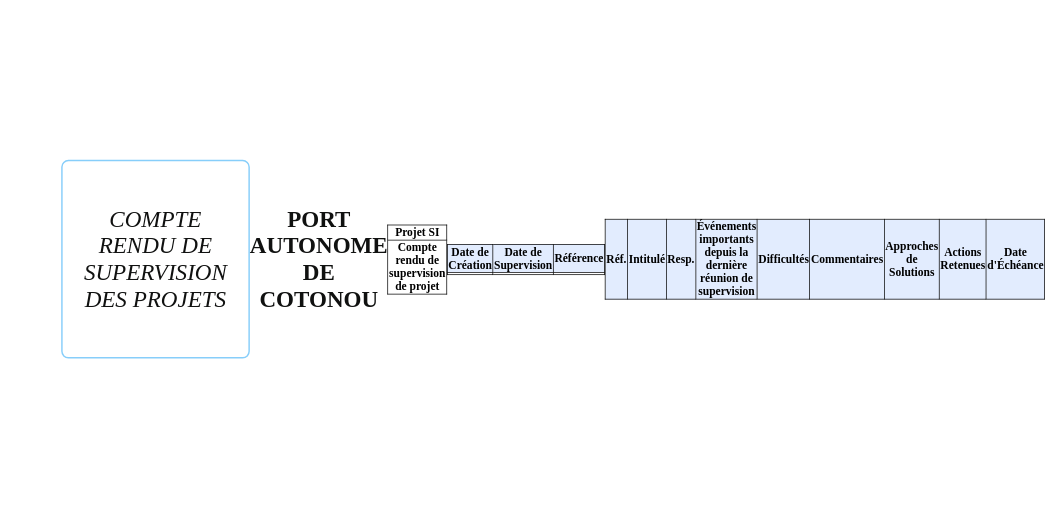
Repository: A2blackMZ/Project
Page: resources/views/report/seanceReport.blade.php
These files come from the project's save history. The page is drawn as it stood at one moment and after the next save; the edit follows.
The browser window is 1280 px wide. The page is 1451 px wide, then 1357 px, so the pictures cover 1451 px, including what lies to the right of the window. The pictures show the whole page, at 72% of full size.
The page is served by the project's Laravel application, run on PHP 8.4 with Laravel 10. Other server files are loaded and not shown. The template is opened directly, without the code that normally fills it, so the values that code supplies are empty.

Above is the page before, as saved 2024-04-04 09:38:14.

### app/Http/Controllers/API/AuthController.php
<?php

namespace App\Http\Controllers\API;

use App\Http\Controllers\Controller;
use Illuminate\Http\Request;
use Illuminate\Support\Facades\Hash;
use Illuminate\Support\Facades\Auth;
use App\Models\User;

class AuthController extends Controller
{
    public function register(Request $request)
    {
        // Validez les données du formulaire d'inscription
        $request->validate([
            'name' => 'required|string',
            'email' => 'required|email|unique:users',
            'password' => 'required|string|min:8',
        ]);

        // Créez un nouvel utilisateur
        $user = new User([
            'name' => $request->input('name'),
            'email' => $request->input('email'),
            'password' => Hash::make($request->input('password')),
        ]);

        // Enregistrez l'utilisateur dans la base de données
        $user->save();

        // Générez un jeton d'accès pour l'utilisateur nouvellement inscrit
        $token = $user->createToken('MyAppToken')->accessToken;

        // Réponse avec le jeton d'accès et les informations de l'utilisateur
        return response()->json([
            'message' => 'Inscription réussie',
            'user' => $user,
            'access_token' => $token,
        ], 201); // Code de réponse 201 pour la création réussie
    }


    public function login(Request $request)
    {
        // Validez les données de connexion
        $request->validate([
            'email' => 'required|email',
            'password' => 'required|string',
        ]);

        // Tentez de connecter l'utilisateur
        if (Auth::attempt(['email' => $request->input('email'), 'password' => $request->input('password')])) {
            // Authentification réussie, générez un jeton d'accès pour l'utilisateur
            $user = Auth::user();
            $token = $user->createToken('MyAppToken')->accessToken;

            // Réponse avec le jeton d'accès et les informations de l'utilisateur
            return response()->json([
                'message' => 'Authentification réussie',
                'user' => $user,
                'access_token' => $token,
            ], 200); // Code de réponse 200 pour la réussite de l'authentification
        } else {
            // Échec de l'authentification
            return response()->json([
                'message' => 'Échec de l\'authentification',
            ], 401); // Code de réponse 401 pour l'échec de l'authentification
        }
    }

    public function user(Request $request)
    {
        return $request->user();
    }

    public function logout()
    {
        Auth::user()->tokens->each(function ($token, $key) {
            $token->delete();
        });

        return response()->json(['message' => 'Déconnexion réussie']);
    }

    public function getUser()
    {
        $user = Auth::user();

        return response()->json(['user' => $user]);
    }

    public function getUserInfo(Request $request)
    {
        $user = $request->user(); // Récupérez l'utilisateur à partir du jeton d'accès
        $userInfo = [
            'id' => $user->id,
            'name' => $user->name,
        ];

        return response()->json($userInfo);
    }
}

### routes/web.php
<?php

use App\Http\Controllers\SeanceController;
use Illuminate\Support\Facades\Route;

/*
|--------------------------------------------------------------------------
| Web Routes
|--------------------------------------------------------------------------
|
| Here is where you can register web routes for your application. These
| routes are loaded by the RouteServiceProvider and all of them will
| be assigned to the "web" middleware group. Make something great!
|
*/

Route::get('/', function () {
   return 'Je m\'appelle Shadrac';
    // return view('welcome');
});














Route::get('generate_pdf/{seanceId}', [SeanceController::class, 'generatePDF']);

Route::post('seances/{id}/generate-report', [SeanceController::class, 'generateReport']);

### resources/views/report/seanceReport.blade.php
<!DOCTYPE html>
<html lang="en">
<head>
    <meta charset="UTF-8">
    <title>Report de Séance</title>
    <style>
        .title-page {
            margin: 0;
            font-size: 2em; /* Taille du titre */
            text-align: center;
            color: #101110;
        }

        table {
            width: 100%;
            border-collapse: collapse;
        }
        table, th, td {
            border: 1px solid black;
        }
        th, td {
            border: 1px solid black;
            text-align: center;
        }
        th {
            background-color: #e2ecfe;
            font-weight: bold;
        }
        h1 {
            text-align: center;
            color: #101110;
        }

        body {
            margin: 0;
            display: flex;
            justify-content: center;
            align-items: center;
            height: 100vh;
        }

        .card {
            width: 350px;
            padding: 30px;
            background-color: #ffffff;
            border: 2px solid #87CEFA;
            border-radius: 10px;
            margin-bottom: 350px;
            margin-top: 350px;
            margin-left: 20%;
        }


    </style>
</head>
<body>
    <div class="card">
        <div class="title-page">
            <p><em>COMPTE RENDU DE SUPERVISION DES PROJETS</em></p>
        </div>
    </div>

    <br><br>

    <h1>PORT AUTONOME DE COTONOU</h1>
    <br><br>
    <table>
        <tr color: #101110;>
            <td><strong>Projet SI</strong></td>
        </tr>
        <tr>
            <td><strong>Compte rendu de supervision de projet</strong></td>
        </tr>
    </table>

    <br><br>
    <table>
        <tr>
            <th>Date de Création</th>
            <th>Date de Supervision</th>
            <th>Référence</th>
        </tr>
        <tr>
            <td>{{ $seance->date_creation }}</td>
            <td>{{ $seance->date_supervision }}</td>
            <td>{{ $seance->reference }}</td>
        </tr>
    </table>

    <br><br>
    <table>
        <thead>
            <tr>
                <th>Réf.</th>
                <th>Intitulé</th>
                <th>Resp.</th>
                <th>Événements importants depuis la dernière réunion de supervision</th>
                <th>Difficultés</th>
                <th>Commentaires</th>
                <th>Approches de Solutions</th>
                <th>Actions Retenues</th>
                <th>Date d'Échéance</th>
            </tr>
        </thead>
        <tbody>
            @foreach($compteRendus as $index => $compteRendu)
                <tr>
                    @if ($index === 0)
                        <td rowspan="{{ count($compteRendus) }}">{{ $seance->reference }}</td>
                    @endif
                    <td>{{ $projets[$index]->nom }}</td>
                    <td>{{ $seance->nom_chef_projet }}</td>
                    <td>{!! $compteRendu->evenement !!}</td>
                    <td>{!! $compteRendu->difficultes !!}</td>
                    <td>{!! $compteRendu->commentaires !!}</td>
                    <td>{!! $compteRendu->approche_solution !!}</td>
                    <td>{!! $compteRendu->action_retenu !!}</td>
                    <td>{{ $compteRendu->date }}</td>
                </tr>
            @endforeach
        </tbody>
    </table>

</body>
</html>

Loaded but not shown: app/Http/Controllers/Controller.php (common file)

After the next save:
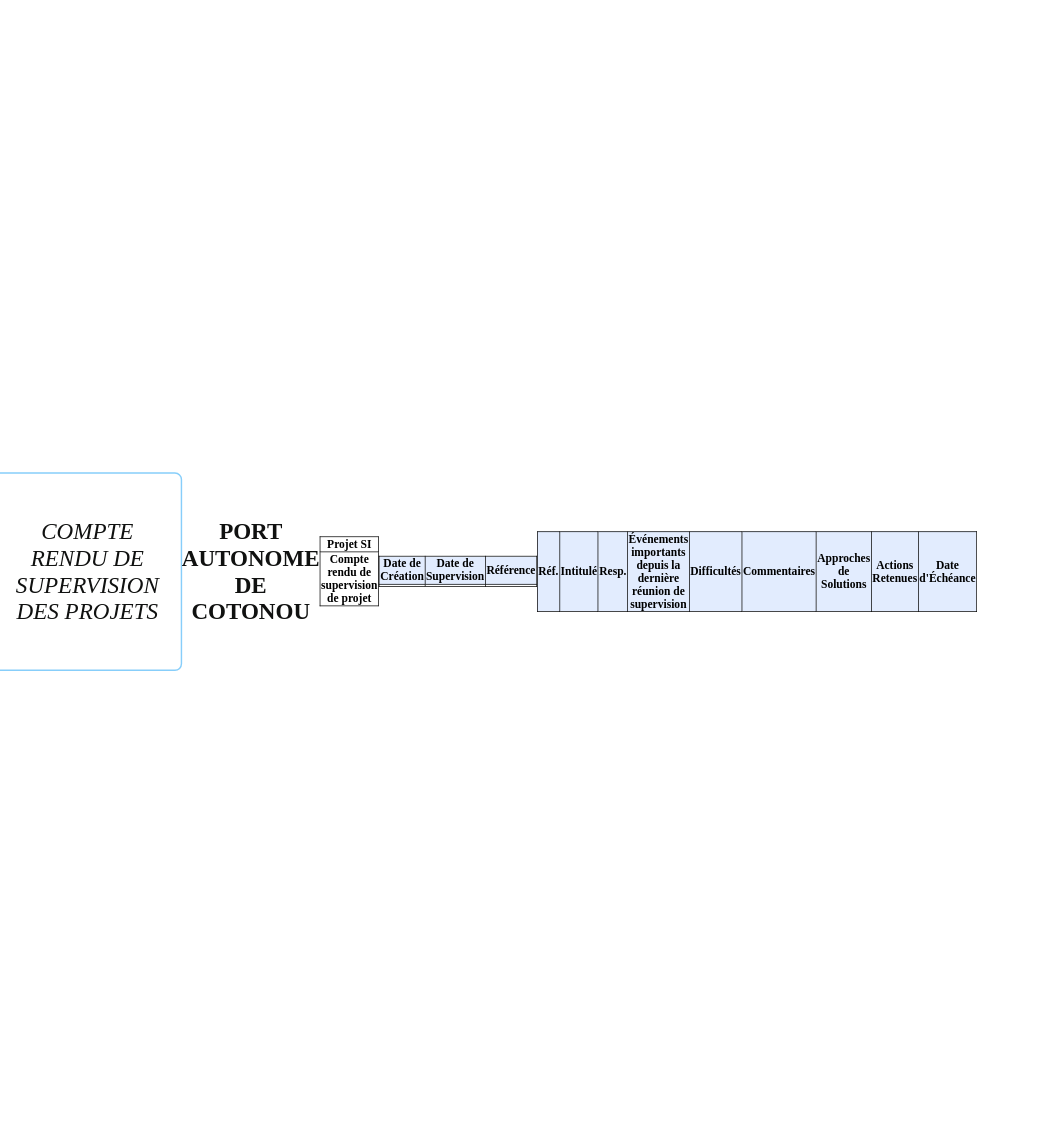
Saved 8 min 55 s later.
--- a/resources/views/report/seanceReport.blade.php
+++ b/resources/views/report/seanceReport.blade.php
@@ -37,6 +37,9 @@
             justify-content: center;
             align-items: center;
             height: 100vh;
+            width: 297mm; /* Largeur A3 */
+            height: 420mm; /* Hauteur A3 */
+            /* ... Autres styles ... */
         }
 
         .card {
